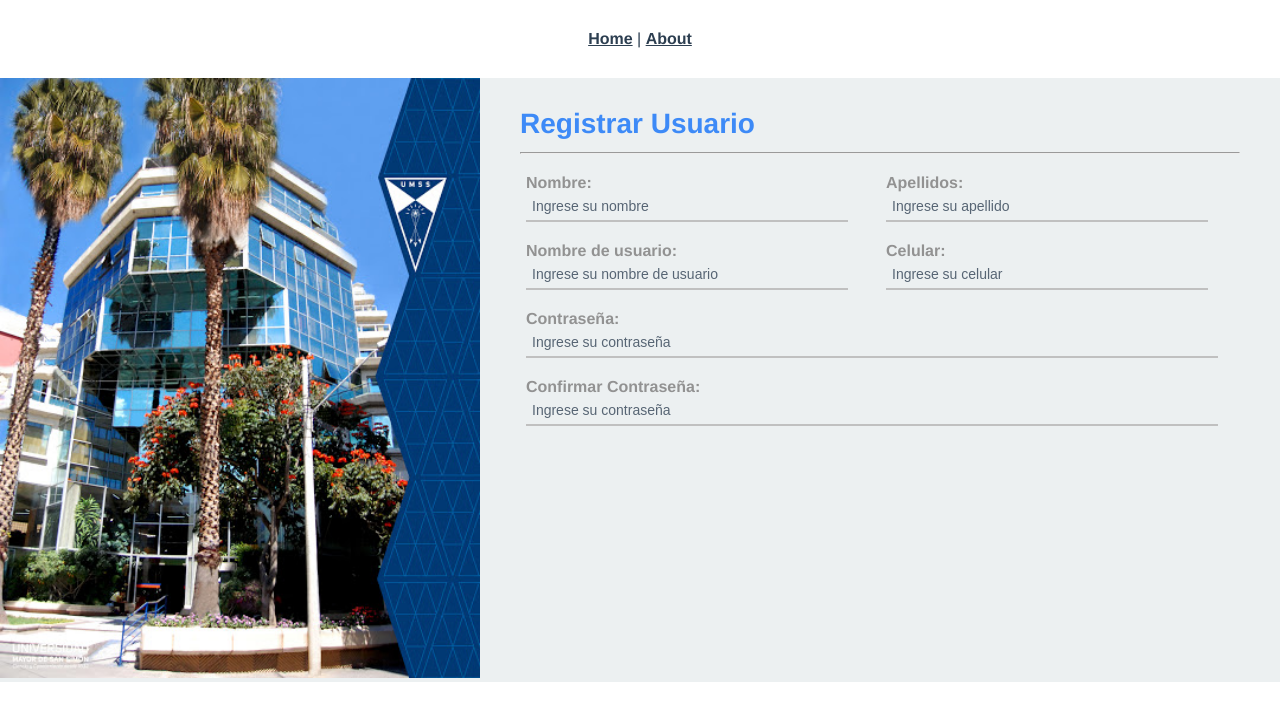
Repository: BritanyTorrico/front-cotizaciones
Page: /register
These files come from the project's save history. The page is drawn as it stood at one moment and after the next save; the edit follows.
The browser window is 1280 px wide. The pictures show the whole page.
The project was rebuilt for these pictures with package versions that can differ from the ones it lists, and the page was loaded fresh each time. Also part of the build but not shown: vue.config.js, src/components/HelloWorld.vue, src/views/Home.vue.

Above is the page before, as saved 2021-04-21 19:31:06.

After the next save:
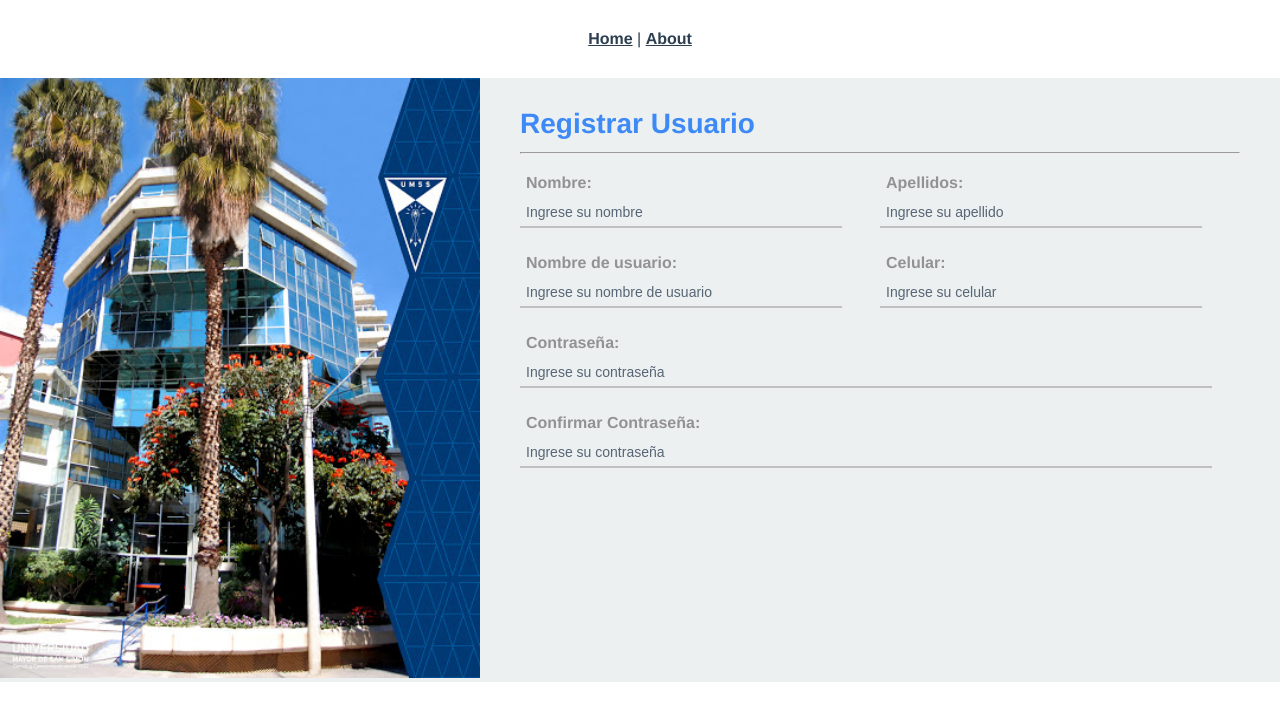
Saved 7 s later.
--- a/src/components/User/RegisterUser.vue
+++ b/src/components/User/RegisterUser.vue
@@ -119,7 +119,7 @@
 .form__input {
   width: 100%;
   padding: 6px;
-  margin: 0px 6px;
+  margin: 6px 0px;
   border: none;
   border-bottom: 2px solid var(--color-line);
   background-color: transparent;
